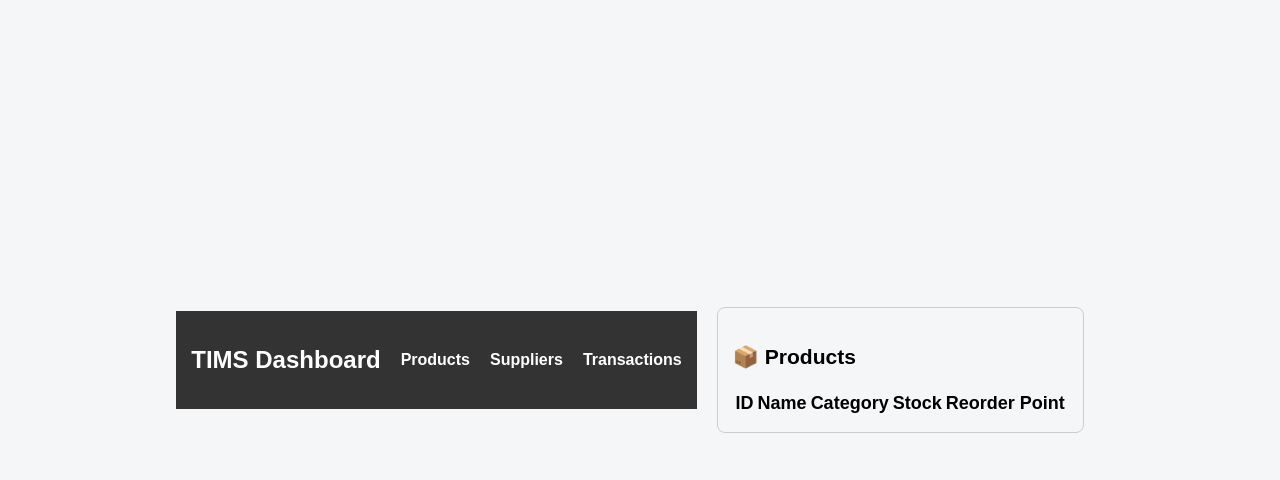
Repository: Soundaryalakshmi2005/Telecom-Management-System
Page: tims-frontends/src/main/webapp/dashboard.html
The author's editor kept a copy of each file at every save. The page is drawn from the files as they stood at one save, then again after the next save.
The browser window is 1280 px wide. The pictures show the whole page.

Above is the page before, as saved 2025-08-23 14:49:35.

After the next save:
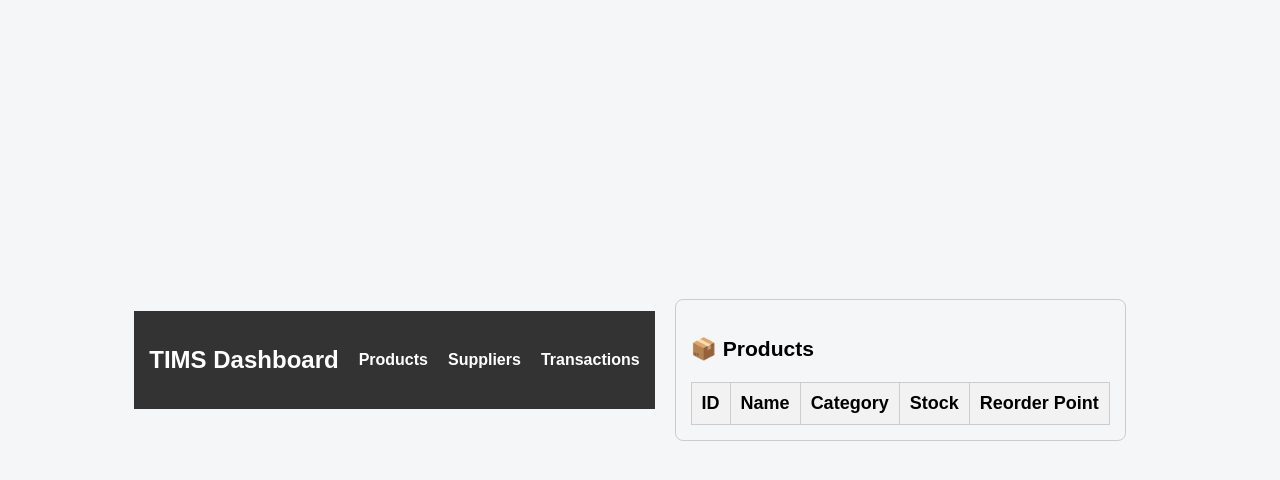
Saved 10 s later.
--- a/tims-frontends/src/main/webapp/css/style.css
+++ b/tims-frontends/src/main/webapp/css/style.css
@@ -97,3 +97,23 @@ body {
 .hidden {
   display: none;
 }
+
+/* Tables */
+table {
+  width: 100%;
+  border-collapse: collapse;
+  margin-top: 15px;
+}
+
+table, th, td {
+  border: 1px solid #ccc;
+}
+
+th, td {
+  padding: 10px;
+  text-align: left;
+}
+
+th {
+  background-color: #f2f2f2;
+}
